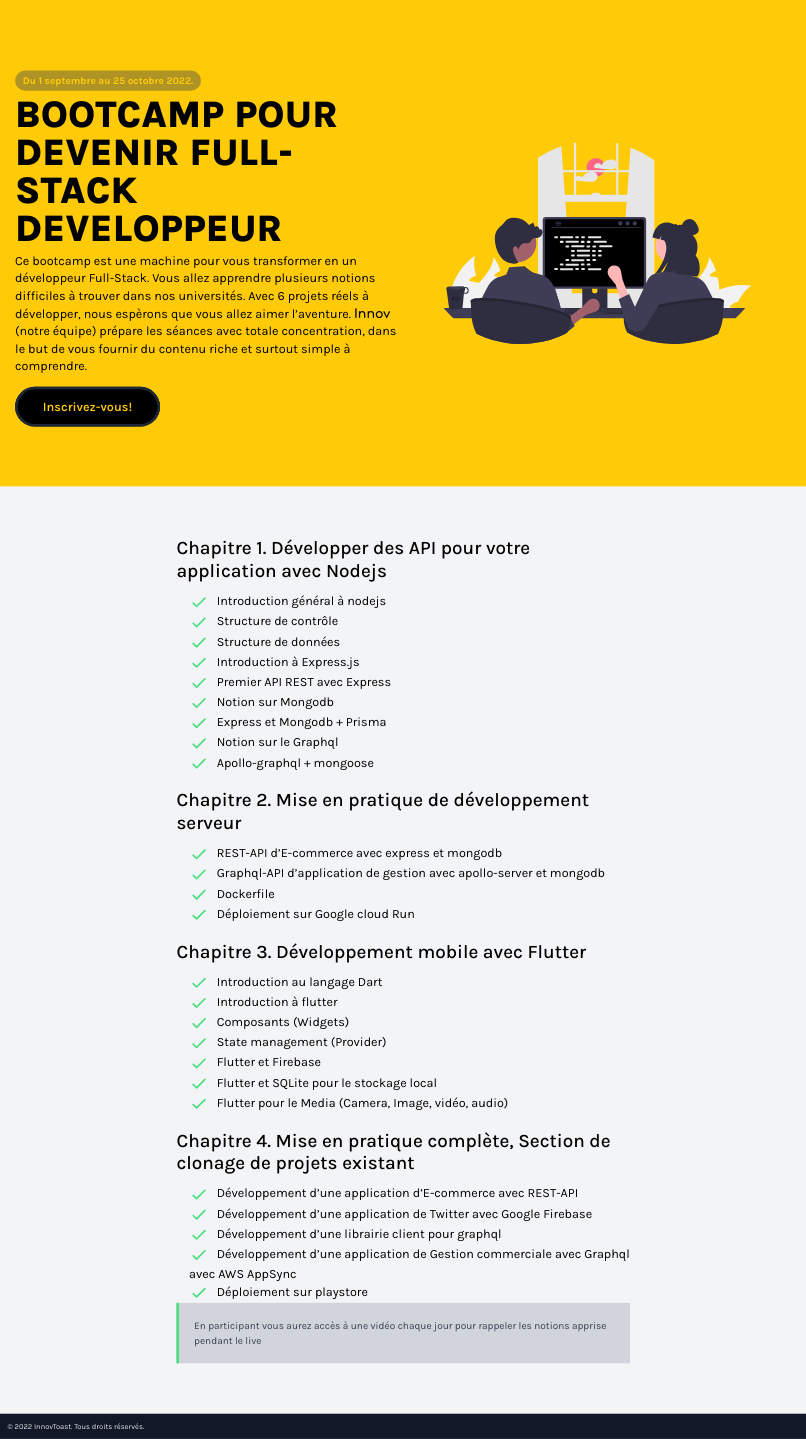
Repository: alfredlwanzo/course
Page: /
These files come from the project's save history. The page is drawn as it stood at one moment and after the next save; the edit follows.
The browser window is 1280 px wide. The pictures show the whole page, at 63% of full size.
The project was rebuilt for these pictures with package versions that can differ from the ones it lists, and the page was loaded fresh each time. The framework's server and built-in components were replaced by stand-ins that run in the browser. Also part of the build but not shown: next.config.js.

Above is the page before, as saved 2022-08-09 12:04:16.

### pages/_app.tsx
import '../src/styles/globals.css'
import type { AppProps } from 'next/app'

function MyApp({ Component, pageProps }: AppProps) {
  return <Component {...pageProps} />
}

export default MyApp

### pages/_document.tsx
import NextDocument, { Html, Head, Main, NextScript } from "next/document";

type Props = {};

class MyDocument extends NextDocument<Props> {
  render() {
    return (
      <Html>
        <Head>
          <link rel="manifest" href="/manifest.json" />
          <link rel="apple-touch-icon" href="/icon.png"></link>
          <meta name="theme-color" content="#FFCB08" />
          <link rel="icon" href="/favicon.ico" />
        </Head>
        <body>
          <Main />
          <NextScript />
        </body>
      </Html>
    );
  }
}

export default MyDocument;

### pages/index.tsx
import Footer from '@src/components/Footers/Footer'
import ContentSection from '@src/components/sections/Content'
import HomeSection from '@src/components/sections/Home'
import type { NextPage } from 'next'
import Head from 'next/head'
import Image from 'next/image'


const Home: NextPage = () => {
  return (
    <div className="">
      <Head>
        <title>Innov | Bootcamp pour devenir fullStack developpeur</title>
        <meta name="description" content="Generated by create next app" />
        <link rel="icon" href="/favicon.ico" />
      </Head>

      <main className="">
       <section className="bg-primary pt-28 pb-14 md:pb-28">
        {/* section Home */}
        <HomeSection/>
       </section>

       {/* section content */}
       <section className="py-6 md:py-20">
        <ContentSection/>
       </section>
      </main>

      <Footer/>
    </div>
  )
}

export default Home

### src/styles/globals.css

/* Fonts: Comfortaa & Karla */
@import url('https://fonts.googleapis.com/css2?family=Comfortaa:wght@300;400;500;600;700&display=swap');
@import url('https://fonts.googleapis.com/css2?family=Karla:ital,wght@0,200;0,300;0,400;0,500;0,600;0,700;0,800;1,200;1,300;1,400;1,500;1,600;1,700;1,800&display=swap');

/* tailwind */
@tailwind base;
@tailwind components;
@tailwind utilities;


html,
body {
  padding: 0;
  margin: 0;
  @apply bg-gray-100;
  font-family: 'Karla', sans-serif;
}

a {
  color: inherit;
  text-decoration: none;
}

* {
  box-sizing: border-box;
}

### src/components/Footers/Footer.tsx
import React from 'react'
import Copyright from './Copyright'


const Footer = () => {
  return (
    <div className='bg-gray-900'>
        <Copyright/>
    </div>
  )
}

export default Footer

### src/components/sections/Content.tsx
import React from "react";
import { CheckIcon } from "@heroicons/react/outline";

const ContentSection = () => {
  return (
    <article className="max-w-3xl mx-auto px-3 sm:px-6">
      {/* Chapter 1 */}
      <div>
        <h2 className="text-3xl font-medium">
          Chapitre 1. Développer des API pour votre application avec Nodejs
        </h2>
        <ul className="list-inside pl-5 mt-4">
          <li className="text-xl ">
            <CheckIcon className="inline-block h-8 w-8 mr-3 text-green-400" />
            Introduction général à nodejs
          </li>
          <li className="text-xl ">
            <CheckIcon className="inline-block h-8 w-8 mr-3 text-green-400" />
            Structure de contrôle
          </li>
          <li className="text-xl ">
            <CheckIcon className="inline-block h-8 w-8 mr-3 text-green-400" />
            Structure de données
          </li>
          <li className="text-xl ">
            <CheckIcon className="inline-block h-8 w-8 mr-3 text-green-400" />
            Introduction à Express.js
          </li>
          <li className="text-xl ">
            <CheckIcon className="inline-block h-8 w-8 mr-3 text-green-400" />
            Premier API REST avec Express
          </li>
          <li className="text-xl ">
            <CheckIcon className="inline-block h-8 w-8 mr-3 text-green-400" />
            Notion sur Mongodb
          </li>
          <li className="text-xl ">
            <CheckIcon className="inline-block h-8 w-8 mr-3 text-green-400" />
            Express et Mongodb + Prisma
          </li>
          <li className="text-xl ">
            <CheckIcon className="inline-block h-8 w-8 mr-3 text-green-400" />
            Notion sur le Graphql
          </li>
          <li className="text-xl ">
            <CheckIcon className="inline-block h-8 w-8 mr-3 text-green-400" />
            Apollo-graphql + mongoose
          </li>
        </ul>
      </div>
      {/* Chapitre 2 */}
      <div className="mt-6">
        <h2 className="text-3xl font-medium">
          Chapitre 2. Mise en pratique de développement serveur
        </h2>
        <ul className="list-inside pl-5 mt-4 ">
          <li className="text-xl ">
            <CheckIcon className="inline-block h-8 w-8 mr-3 text-green-400" />
            REST-API d’E-commerce avec express et mongodb
          </li>
          <li className="text-xl ">
            <CheckIcon className="inline-block h-8 w-8 mr-3 text-green-400" />
            Graphql-API d’application de gestion avec apollo-server et mongodb
          </li>
          <li className="text-xl ">
            <CheckIcon className="inline-block h-8 w-8 mr-3 text-green-400" />
            Dockerfile
          </li>
          <li className="text-xl ">
            <CheckIcon className="inline-block h-8 w-8 mr-3 text-green-400" />
            Déploiement sur Google cloud Run
          </li>
        </ul>
      </div>
      {/* Chapitre 3 */}
      <div className="mt-6">
        <h2 className="text-3xl font-medium">
          Chapitre 3. Développement mobile avec Flutter
        </h2>
        <ul className="list-inside pl-5 mt-4 ">
          <li className="text-xl ">
            <CheckIcon className="inline-block h-8 w-8 mr-3 text-green-400" />
            Introduction au langage Dart
          </li>
          <li className="text-xl ">
            <CheckIcon className="inline-block h-8 w-8 mr-3 text-green-400" />
            Introduction à flutter
          </li>
          <li className="text-xl ">
            <CheckIcon className="inline-block h-8 w-8 mr-3 text-green-400" />
            Composants (Widgets)
          </li>
          <li className="text-xl ">
            <CheckIcon className="inline-block h-8 w-8 mr-3 text-green-400" />
            State management (Provider)
          </li>
          <li className="text-xl ">
            <CheckIcon className="inline-block h-8 w-8 mr-3 text-green-400" />
            Flutter et Firebase
          </li>
          <li className="text-xl ">
            <CheckIcon className="inline-block h-8 w-8 mr-3 text-green-400" />
            Flutter et SQLite pour le stockage local
          </li>
          <li className="text-xl ">
            <CheckIcon className="inline-block h-8 w-8 mr-3 text-green-400" />
            Flutter pour le Media (Camera, Image, vidéo, audio)
          </li>
        </ul>
      </div>
       {/* Chapitre 4 */}
       <div className="mt-6">
        <h2 className="text-3xl font-medium">
          Chapitre 4. Mise en pratique complète, Section de clonage de projets existant
        </h2>
        <ul className="list-inside pl-5 mt-4 ">
          <li className="text-xl ">
            <CheckIcon className="inline-block h-8 w-8 mr-3 text-green-400" />
            Développement d’une application d’E-commerce avec REST-API
          </li>
          <li className="text-xl ">
            <CheckIcon className="inline-block h-8 w-8 mr-3 text-green-400" />
            Développement d’une application de Twitter avec Google Firebase
          </li>
          <li className="text-xl ">
            <CheckIcon className="inline-block h-8 w-8 mr-3 text-green-400" />
            Développement d’une librairie client pour graphql
          </li>
          <li className="text-xl ">
            <CheckIcon className="inline-block h-8 w-8 mr-3 text-green-400" />
            Développement d’une application de Gestion commerciale avec Graphql avec AWS AppSync
          </li>
          <li className="text-xl ">
            <CheckIcon className="inline-block h-8 w-8 mr-3 text-green-400" />
            Déploiement sur playstore
          </li>
        </ul>
      </div>
      <blockquote className="border-l-4 border-l-green-400 p-6 bg-gray-300 text-gray-700">
        En participant vous aurez accès à une vidéo chaque jour pour rappeler les notions apprise pendant le live
      </blockquote>
    </article>
  );
};

export default ContentSection;

### src/components/sections/Home.tsx
import React from "react";
import SubscribeButton from "../buttons/SubscribeButton";
import PairProgramming from "../icons/PairProgramming";

const HomeSection = () => {
  return (
    <div className="max-w-7xl mx-auto px-3 sm:px-6">
      <div className="grid md:grid-cols-2 gap-10 lg:gap-0">
        <div>
          <div className="bg-gray-700 bg-opacity-40 w-max py-1 px-3 rounded-full">
            <h6 className="font-bold text-primary">
              Du 1 septembre au 25 octobre 2022.
            </h6>
          </div>
          <h1 className="text-5xl md:text-6xl font-extrabold uppercase mt-2">
            Bootcamp pour devenir full-stack developpeur
          </h1>
          <p className="text-xl mt-2">
            Ce bootcamp est une machine pour vous transformer en un développeur
            Full-Stack. Vous allez apprendre plusieurs notions difficiles à
            trouver dans nos universités. Avec 6 projets réels à développer,
            nous espèrons que vous allez aimer l’aventure.{" "}
            <span className="font-comfortaa font-bold">Innov</span> (notre
            équipe) prépare les séances avec totale concentration, dans le but
            de vous fournir du contenu riche et surtout simple à comprendre.
          </p>
          <div className="hidden md:block mt-9">
            <SubscribeButton />
          </div>
        </div>
        <div className="flex flex-col items-center justify-center">
          <PairProgramming className="w-auto h-52 md:h-80 -bottom-10" />
          <div className="block md:hidden mt-12">
            <SubscribeButton />
          </div>
        </div>
      </div>
    </div>
  );
};

export default HomeSection;

### src/components/Footers/Copyright.tsx
import React from 'react'

const Copyright = () => {
  return (
    <div className='max-w-7xl mx-auto px-3 sm:px-6" py-3 text-gray-200 '>
        <p className='text-xs'>© 2022 InnovToast. Tous droits réservés.</p>
    </div>
  )
}

export default Copyright

### src/components/buttons/SubscribeButton.tsx
import React from "react";

const SubscribeButton = () => {
  return (
    <a
      href="https://wa.me/+243978154329"
      target="_blank"
      rel="noreferrer"
      className="bg-black text-primary py-4 px-10 text-xl font-semibold rounded-full border-4 border-gray-800 hover:bg-opacity-95 hover:border-gray-900"
    >
      Inscrivez-vous!
    </a>
  );
};

export default SubscribeButton;

Loaded but not shown: tailwind.config.js (18 lines, source omitted); src/components/icons/PairProgramming.tsx (865 lines, source omitted)

After the next save:
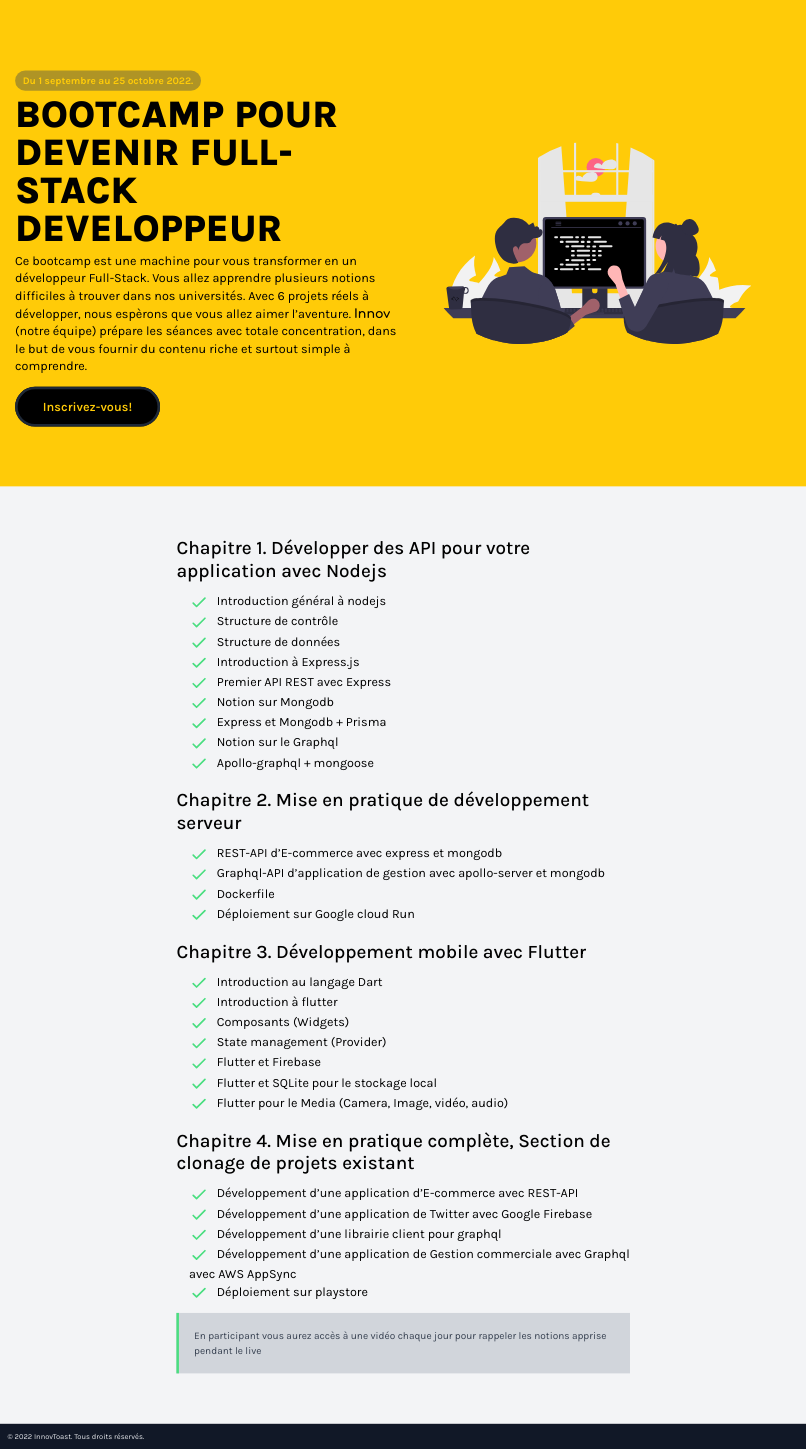
Saved 20 s later.
--- a/src/components/sections/Content.tsx
+++ b/src/components/sections/Content.tsx
@@ -136,7 +136,7 @@
           </li>
         </ul>
       </div>
-      <blockquote className="border-l-4 border-l-green-400 p-6 bg-gray-300 text-gray-700">
+      <blockquote className="border-l-4 border-l-green-400 p-6 mt-4 bg-gray-300 text-gray-700">
         En participant vous aurez accès à une vidéo chaque jour pour rappeler les notions apprise pendant le live
       </blockquote>
     </article>
